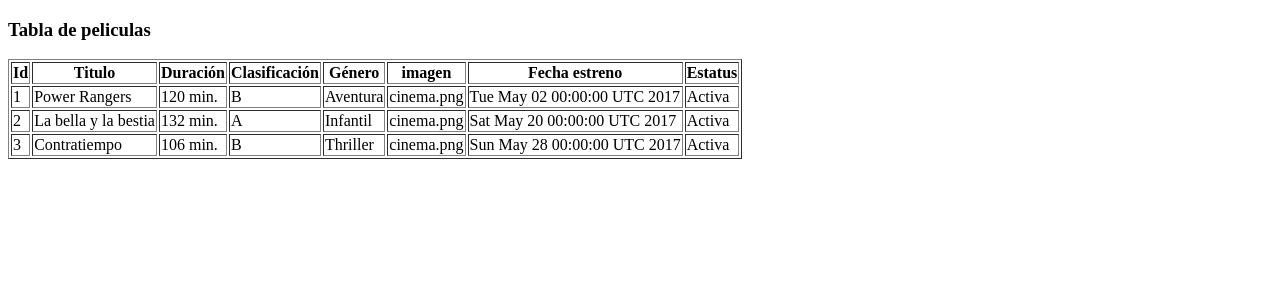
Repository: carlosgijon/Curso-Spring-e-Hibernate
Page: http://localhost/cineapp/
An editor plug-in stored every save of this project. The page is shown before and after the next save, followed by the edit.
The browser window is 1280 px wide. The pictures show the whole page.
The page is served by Tomcat 9. Other server files are loaded and not shown.

Above is the page before, as saved 2018-10-01 10:54:42.

### cineapp/webapp/WEB-INF/views/home.jsp
<%@ page language="java" contentType="text/html; charset=ISO-8859-1"
    pageEncoding="ISO-8859-1"%>

<!-- Agregamos la libreria jstl para recorrer el listado de peliculas  -->
<%@taglib uri="http://java.sun.com/jsp/jstl/core" prefix="c"%>

<!DOCTYPE html PUBLIC "-//W3C//DTD HTML 4.01 Transitional//EN" "http://www.w3.org/TR/html4/loose.dtd">
<html>
<head>
<meta http-equiv="Content-Type" content="text/html; charset=ISO-8859-1">
<title>Bienvenido a Cineapp</title>
</head>
<body>
	<%--
	<h1>Lista de peliculas</h1>
	<ol>
		<c:forEach items="${ peliculas}" var="pelicula">
			<li>${pelicula}</li>
		</c:forEach>
	</ol>
	 --%>


	<h3>Tabla de peliculas</h3>
	<table border="1">
		<thead>
			<tr>
				<th>Id</th>
				<th>Titulo</th>
				<th>Duración</th>
				<th>Clasificación</th>
				<th>Género</th>
				<th>imagen</th>
				<th>Fecha estreno</th>
				<th>Estatus</th>
			</tr>
		</thead>
		<tbody>
			<c:forEach items="${ peliculas}" var="pelicula">
				<tr>
					<td>${pelicula.id }</td>
					<td>${pelicula.titulo }</td>
					<td>${pelicula.duracion } min.</td>
					<td>${pelicula.clasificacion }</td>
					<td>${pelicula.genero }</td>
					<td>${pelicula.imagen }</td>
					<td>${pelicula.fechaEstreno }</td>
					<td>${pelicula.estatus }</td>
				</tr>
			</c:forEach>
		</tbody>
	</table>

</body>
</html>

### cineapp/src/main/java/net/itinajero/app/model/Pelicula.java
package net.itinajero.app.model;

import java.util.Date;

public class Pelicula {

	// Creamos las propiedades del objeto pelicula
	private int id;
	private String titulo;
	private int duracion;
	private String clasificacion;
	private String genero;
	private String imagen = "cinema.png";  // Imagen por defecto
	private Date fechaEstreno;
	private String estatus = "Activa";

	// SETTERs y GETTERs se hace boton derecho > source > Generate setter and getter
	public int getId() {
		return id;
	}

	public void setId(int id) {
		this.id = id;
	}

	public String getTitulo() {
		return titulo;
	}

	public void setTitulo(String titulo) {
		this.titulo = titulo;
	}

	public int getDuracion() {
		return duracion;
	}

	public void setDuracion(int duracion) {
		this.duracion = duracion;
	}

	public String getClasificacion() {
		return clasificacion;
	}

	public void setClasificacion(String clasificacion) {
		this.clasificacion = clasificacion;
	}

	public String getGenero() {
		return genero;
	}

	public void setGenero(String genero) {
		this.genero = genero;
	}

	public String getImagen() {
		return imagen;
	}

	public void setImagen(String imagen) {
		this.imagen = imagen;
	}

	public Date getFechaEstreno() {
		return fechaEstreno;
	}

	public void setFechaEstreno(Date fechaEstreno) {
		this.fechaEstreno = fechaEstreno;
	}

	public String getEstatus() {
		return estatus;
	}

	public void setEstatus(String estatus) {
		this.estatus = estatus;
	}



	// Sobreescribimos el método toString para saber el valor del objeto.
	// Se hace boton derecho > source > generate toString();
	@Override
	public String toString() {
		return "Pelicula [id=" + id + ", titulo=" + titulo + ", duracion=" + duracion + ", clasificacion="
				+ clasificacion + ", genero=" + genero + ", imagen=" + imagen + ", fechaEstreno=" + fechaEstreno
				+ ", estatus=" + estatus + "]";
	}

}

After the next save:
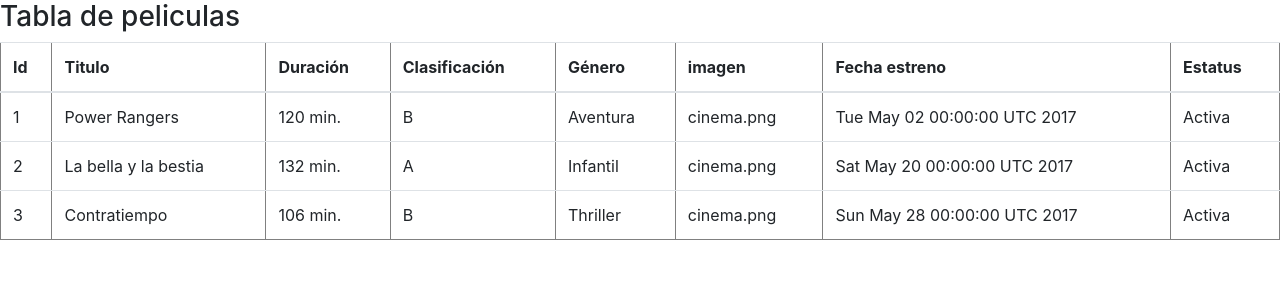
Console error: TypeError: Cannot read properties of undefined (reading 'fn')
Saved 4 min 53 s later.
--- a/cineapp/webapp/WEB-INF/views/home.jsp
+++ b/cineapp/webapp/WEB-INF/views/home.jsp
@@ -9,6 +9,10 @@
 <head>
 <meta http-equiv="Content-Type" content="text/html; charset=ISO-8859-1">
 <title>Bienvenido a Cineapp</title>
+
+<!-- BOOTSTRAP -->
+<link rel="stylesheet" href="https://stackpath.bootstrapcdn.com/bootstrap/4.1.3/css/bootstrap.min.css" integrity="sha384-MCw98/SFnGE8fJT3GXwEOngsV7Zt27NXFoaoApmYm81iuXoPkFOJwJ8ERdknLPMO" crossorigin="anonymous">
+<script src="https://stackpath.bootstrapcdn.com/bootstrap/4.1.3/js/bootstrap.min.js" integrity="sha384-ChfqqxuZUCnJSK3+MXmPNIyE6ZbWh2IMqE241rYiqJxyMiZ6OW/JmZQ5stwEULTy" crossorigin="anonymous"></script>
 </head>
 <body>
 	<%--
@@ -22,7 +26,7 @@
 
 
 	<h3>Tabla de peliculas</h3>
-	<table border="1">
+	<table class="table" border="1">
 		<thead>
 			<tr>
 				<th>Id</th>
